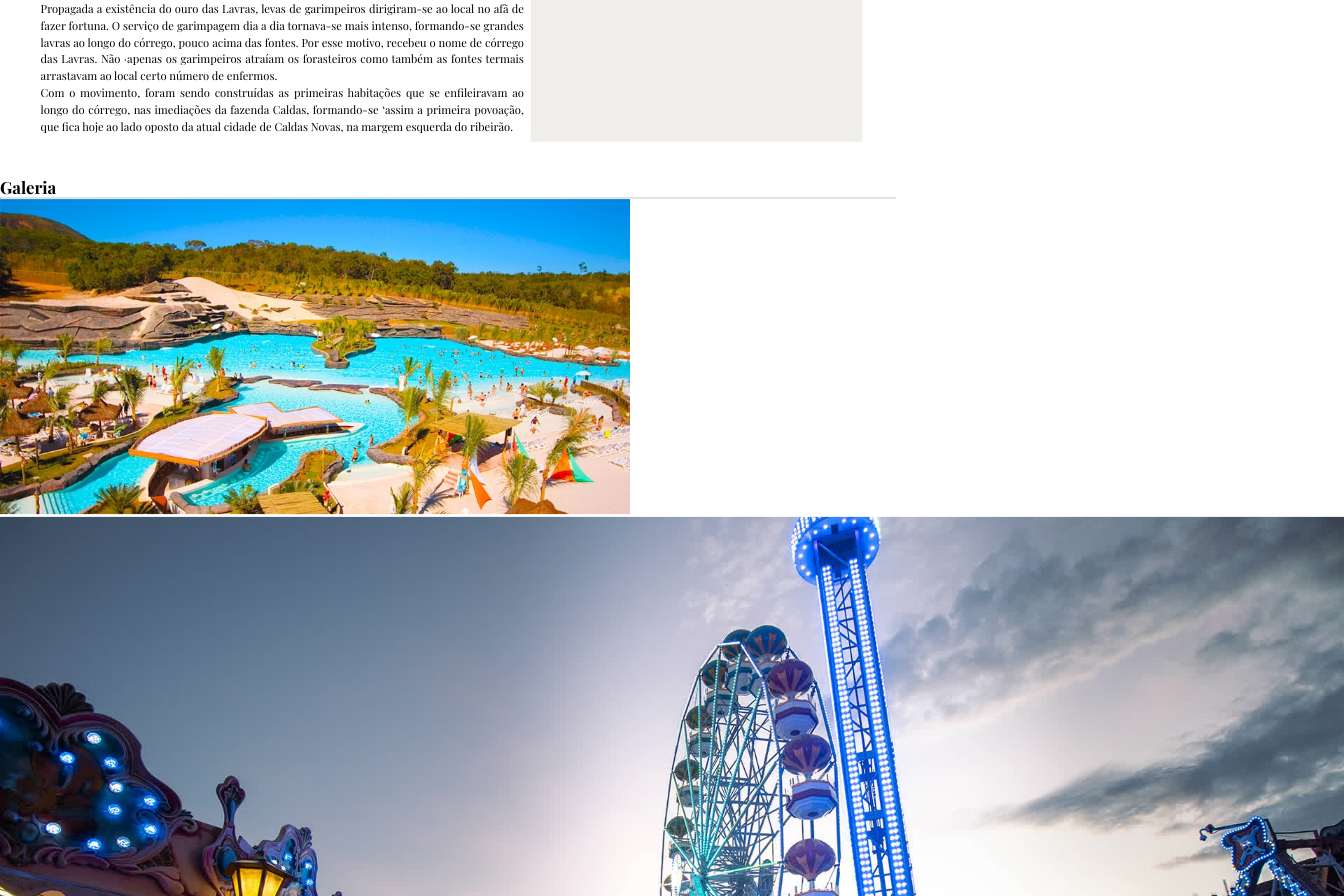
Repository: AbiezerSidonioJoseOdanacaJunior/DesafioLocalTuristico
Page: index.html
The author's editor kept a copy of each file at every save. The page is drawn from the files as they stood at one save, then again after the next save.
The browser window is 1280 px wide. The page is 1920 px wide, so the pictures cover 1920 px, including what lies to the right of the window. The pictures show the part of the page from y = 809 to 2089 px (the page is 5385 px tall before and 5401 px after), at 70% of full size.
Some web fonts or font styles are not loaded; a fallback is used.

Above is the page before, as saved 2024-11-11 17:09:17.

After the next save:
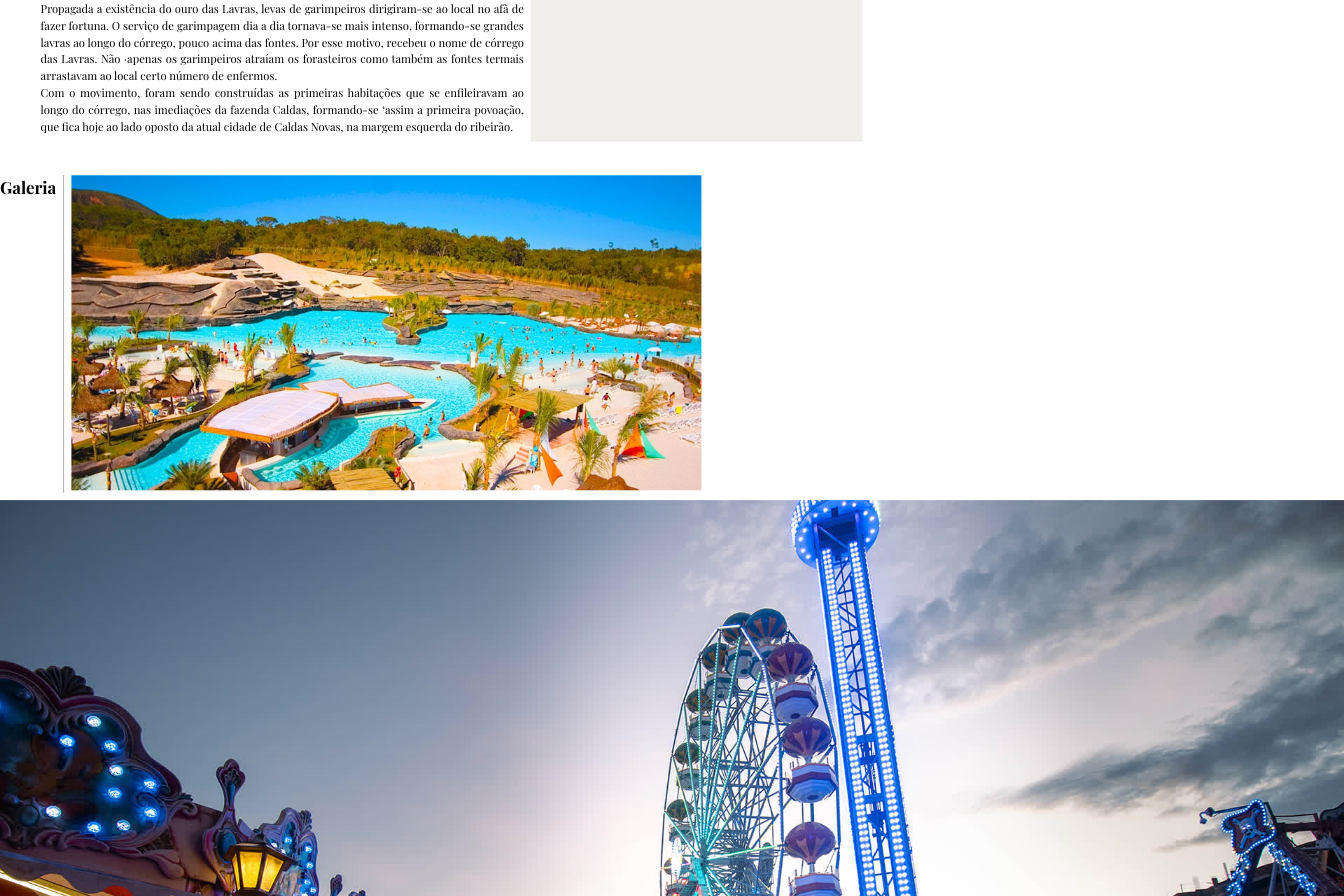
Saved 93 s later.
--- a/css/style.css
+++ b/css/style.css
@@ -77,7 +77,7 @@
     padding-left: 16px;
 }
 
-.fotos{
+#gallery{
     display: flex;
     flex-wrap: wrap; /* Permite que os itens "quebrem" para novas linhas */
     gap: 10px; /* Espaço entre as imagens */
